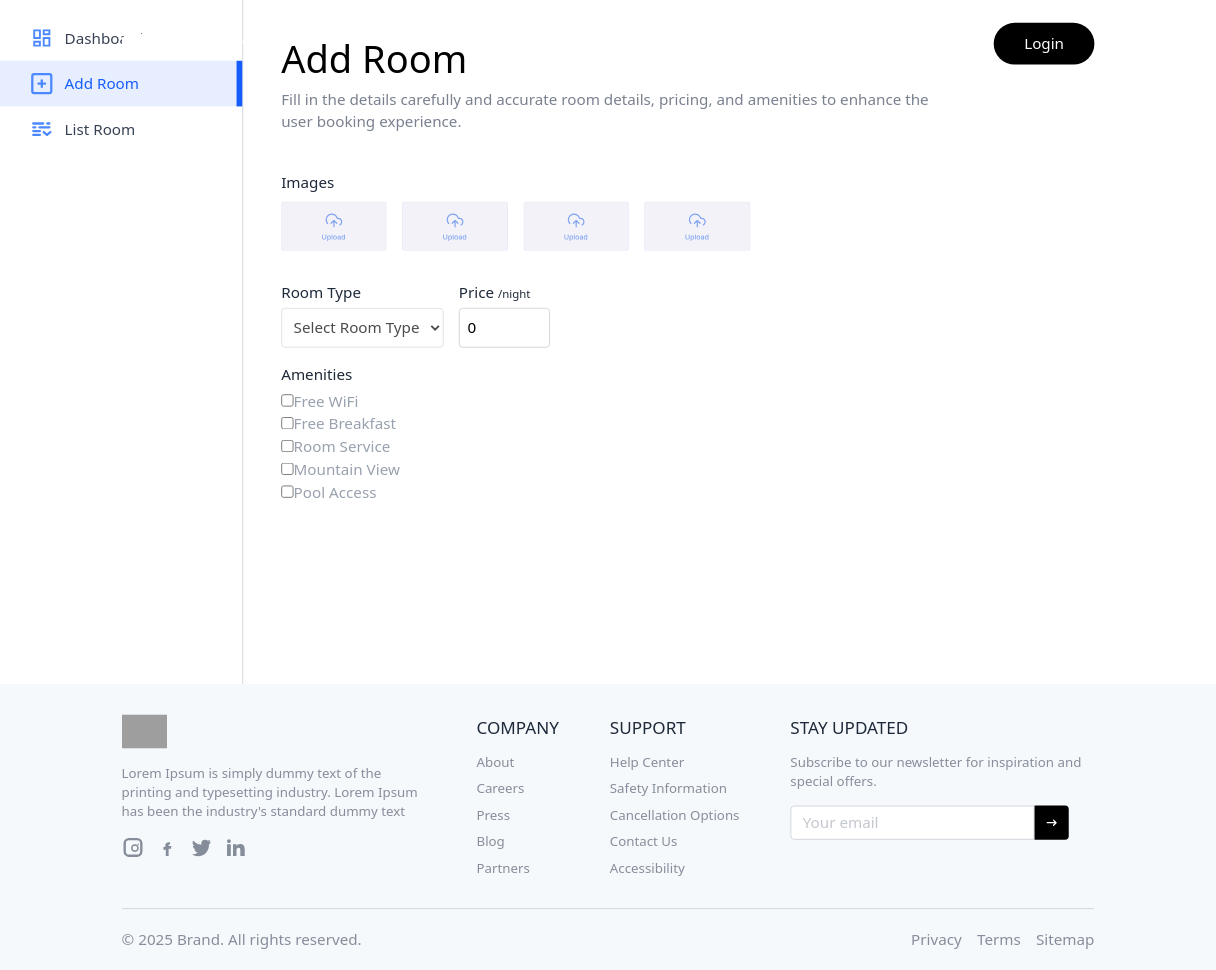
Repository: Ponn-Star/My-App
Page: /owner/add-room (app in FrontEnd/)
These files come from the project's save history. The page is drawn as it stood at one moment and after the next save; the edit follows.
The browser window is 1280 px wide. The pictures show the whole page, at 95% of full size.
Pictures or frames that could not be fetched are drawn as grey boxes. The page's requests for data from a server got no answer. The project was rebuilt for these pictures with package versions that can differ from the ones it lists, and the page was loaded fresh each time. Some packages were replaced by stand-ins written for this rebuild. No one was signed in, and anything a server would have sent is missing. Also part of the build but not shown: FrontEnd/vite.config.js, FrontEnd/src/assets/assets.js, FrontEnd/src/components/Hero.jsx, FrontEnd/src/components/HotelCard.jsx, FrontEnd/src/components/FeaturedDestination.jsx, FrontEnd/src/components/ExclusiveOffers.jsx, FrontEnd/src/data/Test.ts, FrontEnd/src/components/StarRating.jsx and 7 more.

Above is the page before, as saved 2025-05-12 23:54:09.

### FrontEnd/index.html
<!doctype html>
<html lang="en">
  <head>
    <meta charset="UTF-8" />
    <link rel="icon" type="image/svg+xml" href="/favicon.svg" />
    <meta name="viewport" content="width=device-width, initial-scale=1.0" />
    <title>Booking</title>
  </head>
  <body>
    <div id="root"></div>
    <script type="module" src="/src/main.jsx"></script>
  </body>
</html>

### FrontEnd/src/main.jsx
import { StrictMode } from 'react'
import { createRoot } from 'react-dom/client'
import './index.css'
import App from './App.jsx'
import { BrowserRouter } from 'react-router-dom'
import { ClerkProvider } from '@clerk/clerk-react'

const PUBLISHABLE_KEY = import.meta.env.VITE_CLERK_PUBLISHABLE_KEY

if (!PUBLISHABLE_KEY) {
  throw new Error('Add your Clerk Publishable Key to the .env file')
}

createRoot(document.getElementById('root')).render(
  <ClerkProvider publishableKey={PUBLISHABLE_KEY} afterSignOutUrl="/">
    <BrowserRouter>
      <App />
    </BrowserRouter>
    </ClerkProvider>,
)

### FrontEnd/src/App.jsx
import React from 'react'
import Navbar from './components/Navbar'
import { Route, Routes, useLocation } from 'react-router-dom'
import Home from './pages/Home'
import AllRooms from './pages/AllRooms';
import RoomDetails from './pages/RoomDetails';
import Footer from './components/Footer';
import MyBookings from './pages/MyBookings';
import Layout from './pages/Owner/Layout';
import Dashboard from './pages/Owner/Dashboard';
import ListRoom from './pages/Owner/ListRoom';
import AddRoom from './pages/Owner/AddRoom';

function App() {

  const isOwnerPath = useLocation().pathname.includes("owner");
  return (
    <div>
      {!isOwnerPath && <Navbar />}
      <div className='min-h-[70vh]'>
        <Routes>
          <Route path='/' element={<Home />} />
          <Route path='/rooms' element={<AllRooms />} />
          <Route path='/rooms/:id' element={<RoomDetails />} />
          <Route path='/my-bookings' element={<MyBookings />} />
          <Route path='/owner' element={<Layout />} >
            <Route index element={<Dashboard />} />
            <Route path='add-room' element={<AddRoom />} />
            <Route path='list-room' element={<ListRoom />} />
           </Route>
        </Routes>
      </div>
      <Footer />
    </div>
  )
}

export default App

### FrontEnd/src/components/Navbar.jsx
import React from 'react';
import { Link, useLocation, useNavigate} from 'react-router-dom';
import { assets } from '../assets/assets';
import { useClerk, useUser, UserButton } from '@clerk/clerk-react';

const BookIcon = () => (
    <svg className='w-4 h-4 text-gray-700' aria-hidden="true" xmlns="http://www.w3.org/2000/svg" width="24" height="24" fill="none" viewBox="0 0 24 24">
        <path stroke="currentColor" strokeLinecap="round" strokeLinejoin="round" strokeWidth="2" d="M5 19V4a1 1 0 0 1 1-1h12a1 1 0 0 1 1 1v13H7a2 2 0 0 0-2 2Zm0 0a2 2 0 0 0 2 2h12M9 3v13m7 0v4" />
    </svg>
)

const Navbar = () => {
    const navLinks = [
        { name: 'Home', path: '/' },
        { name: 'Hotels', path: '/rooms' },
        { name: 'Experience', path: '/' },
        { name: 'About', path: '/' },
    ];

    const [isScrolled, setIsScrolled] = React.useState(false);
    const [isMenuOpen, setIsMenuOpen] = React.useState(false);

    const {openSignIn} = useClerk()
    const {user} = useUser()
    const navigate = useNavigate()
    const location = useLocation()

    React.useEffect(() => {
        const handleScroll = () => {
            setIsScrolled(window.scrollY > 10);
        };
        window.addEventListener("scroll", handleScroll);
        return () => window.removeEventListener("scroll", handleScroll);
    }, []);

    return (
            <nav className={`fixed top-0 left-0 w-full flex items-center justify-between px-4 md:px-16 lg:px-24 xl:px-32 transition-all duration-500 z-50 ${isScrolled ? "bg-white/80 shadow-md text-gray-700 backdrop-blur-lg py-3 md:py-4" : "py-4 md:py-6"}`}>

                {/* Logo */}
                <Link to='/'>
                    <img src={assets.logo} alt="logo" className={`h-9 ${isScrolled && "invert opacity-80"}`} />
                </Link>

                {/* Desktop Nav */}
                <div className="hidden md:flex items-center gap-4 lg:gap-8">
                    {navLinks.map((link, i) => (
                        <a key={i} href={link.path} className={`group flex flex-col gap-0.5 ${isScrolled ? "text-gray-700" : "text-white"}`}>
                            {link.name}
                            <div className={`${isScrolled ? "bg-gray-700" : "bg-white"} h-0.5 w-0 group-hover:w-full transition-all duration-300`} />
                        </a>
                    ))}
                    <button className={`border px-4 py-1 text-sm font-light rounded-full cursor-pointer ${isScrolled ? 'text-black' : 'text-white'} transition-all`}>
                        Dashboard
                    </button>
                </div>

                {/* Desktop Right */}
                <div className="hidden md:flex items-center gap-4">
                    <img src={assets.searchIcon} alt='search' className={`${isScrolled && "invert"} h-7 transition duration-500`} />

                    {user ?
                    (<UserButton>
                        <UserButton.MenuItems>
                            <UserButton.Action label='My Bookings' labelIcon={<BookIcon/>} onClick={() => navigate('/my-bookings')} />
                        </UserButton.MenuItems>
                    </UserButton>)
                    :
                    (<button onClick={openSignIn} className="bg-black text-white px-8 py-2.5 rounded-full ml-4 transition-all duration-500">
                        Login
                        </button>)
                    }
                </div>

                {/* Mobile Menu Button */}
                <div className="flex items-center gap-3 md:hidden">
                    <img onClick={()=> setIsMenuOpen(!isMenuOpen)} src={assets.menuIcon} alt='' className={`${isScrolled && "invert"} h-4`} />
                </div>

                {/* Mobile Menu */}
                <div className={`fixed top-0 left-0 w-full h-screen bg-white text-base flex flex-col md:hidden items-center justify-center gap-6 font-medium text-gray-800 transition-all duration-500 ${isMenuOpen ? "translate-x-0" : "-translate-x-full"}`}>
                    <button className="absolute top-4 right-4" onClick={() => setIsMenuOpen(false)}>
                        <img src={assets.closeIcon} alt='close' className="h-6.5" />
                    </button>

                    {navLinks.map((link, i) => (
                        <a key={i} href={link.path} onClick={() => setIsMenuOpen(false)}>
                            {link.name}
                        </a>
                    ))}

                    <button className="border px-4 py-1 text-sm font-light rounded-full cursor-pointer transition-all">
                        Dashboard
                    </button>

                    <button onClick={openSignIn} className="bg-black text-white px-8 py-2.5 rounded-full transition-all duration-500">
                        Login
                    </button>
                </div>
            </nav>
    );
}

export default Navbar

### FrontEnd/src/components/Footer.jsx
import React from 'react'

const Footer = () => {
    return (
        <div className='bg-[#F6F9FC] text-gray-500/80 pt-8 px-6 md:px-16 lg:px-24 xl:px-32'>
            <div className='flex flex-wrap justify-between gap-12 md:gap-6'>
                <div className='max-w-80'>
                    <img src="https://raw.githubusercontent.com/prebuiltui/prebuiltui/main/assets/dummyLogo/dummyLogoColored.svg" alt="logo" className='mb-4 h-8 md:h-9' />
                    <p className='text-sm'>
                        Lorem Ipsum is simply dummy text of the printing and typesetting industry. Lorem Ipsum has been the industry's standard dummy text
                    </p>
                    <div className='flex items-center gap-3 mt-4'>
                        {/* Instagram */}
                        <svg className="w-6 h-6" fill="currentColor" viewBox="0 0 24 24">
                            <path d="M7.75 2A5.75 5.75 0 002 7.75v8.5A5.75 5.75 0 007.75 22h8.5A5.75 5.75 0 0022 16.25v-8.5A5.75 5.75 0 0016.25 2h-8.5zM4.5 7.75A3.25 3.25 0 017.75 4.5h8.5a3.25 3.25 0 013.25 3.25v8.5a3.25 3.25 0 01-3.25 3.25h-8.5a3.25 3.25 0 01-3.25-3.25v-8.5zm9.5 1a4 4 0 11-4 4 4 4 0 014-4zm0 1.5a2.5 2.5 0 102.5 2.5 2.5 2.5 0 00-2.5-2.5zm3.5-.75a.75.75 0 11.75-.75.75.75 0 01-.75.75z" />
                        </svg>
                        {/* Facebook */}
                        <svg className="w-6 h-6" fill="currentColor" viewBox="0 0 24 24">
                            <path d="M13.5 9H15V6.5h-1.5c-1.933 0-3.5 1.567-3.5 3.5v1.5H8v3h2.5V21h3v-7.5H16l.5-3h-3z" />
                        </svg>
                        {/* Twitter */}
                        <svg className="w-6 h-6" fill="currentColor" viewBox="0 0 24 24">
                            <path d="M22 5.92a8.2 8.2 0 01-2.36.65A4.1 4.1 0 0021.4 4a8.27 8.27 0 01-2.6 1A4.14 4.14 0 0016 4a4.15 4.15 0 00-4.15 4.15c0 .32.04.64.1.94a11.75 11.75 0 01-8.52-4.32 4.14 4.14 0 001.29 5.54A4.1 4.1 0 013 10v.05a4.15 4.15 0 003.33 4.07 4.12 4.12 0 01-1.87.07 4.16 4.16 0 003.88 2.89A8.33 8.33 0 012 19.56a11.72 11.72 0 006.29 1.84c7.55 0 11.68-6.25 11.68-11.67 0-.18 0-.35-.01-.53A8.18 8.18 0 0022 5.92z" />
                        </svg>
                        {/* LinkedIn */}
                        <svg className="w-6 h-6" fill="currentColor" viewBox="0 0 24 24">
                            <path d="M4.98 3.5C3.88 3.5 3 4.38 3 5.48c0 1.1.88 1.98 1.98 1.98h.02c1.1 0 1.98-.88 1.98-1.98C6.98 4.38 6.1 3.5 4.98 3.5zM3 8.75h3.96V21H3V8.75zm6.25 0h3.8v1.68h.05c.53-.98 1.82-2.02 3.75-2.02 4.01 0 4.75 2.64 4.75 6.07V21H17v-5.63c0-1.34-.03-3.07-1.88-3.07-1.88 0-2.17 1.47-2.17 2.98V21H9.25V8.75z" />
                        </svg>
                    </div>
                </div>

                <div>
                    <p className='text-lg text-gray-800'>COMPANY</p>
                    <ul className='mt-3 flex flex-col gap-2 text-sm'>
                        <li><a href="#">About</a></li>
                        <li><a href="#">Careers</a></li>
                        <li><a href="#">Press</a></li>
                        <li><a href="#">Blog</a></li>
                        <li><a href="#">Partners</a></li>
                    </ul>
                </div>

                <div>
                    <p className='text-lg text-gray-800'>SUPPORT</p>
                    <ul className='mt-3 flex flex-col gap-2 text-sm'>
                        <li><a href="#">Help Center</a></li>
                        <li><a href="#">Safety Information</a></li>
                        <li><a href="#">Cancellation Options</a></li>
                        <li><a href="#">Contact Us</a></li>
                        <li><a href="#">Accessibility</a></li>
                    </ul>
                </div>

                <div className='max-w-80'>
                    <p className='text-lg text-gray-800'>STAY UPDATED</p>
                    <p className='mt-3 text-sm'>
                        Subscribe to our newsletter for inspiration and special offers.
                    </p>
                    <div className='flex items-center mt-4'>
                        <input type="text" className='bg-white rounded-l border border-gray-300 h-9 px-3 outline-none' placeholder='Your email' />
                        <button className='flex items-center justify-center bg-black h-9 w-9 aspect-square rounded-r'>
                            {/* Arrow icon */}
                            <svg className="w-4 h-4 text-white" aria-hidden="true" xmlns="http://www.w3.org/2000/svg" width="24" height="24" fill="none" viewBox="0 0 24 24"><path stroke="currentColor" strokeLinecap="round" strokeLinejoin="round" strokeWidth="2" d="M19 12H5m14 0-4 4m4-4-4-4" /></svg>
                        </button>
                    </div>
                </div>
            </div>
            <hr className='border-gray-300 mt-8' />
            <div className='flex flex-col md:flex-row gap-2 items-center justify-between py-5'>
                <p>© {new Date().getFullYear()} Brand. All rights reserved.</p>
                <ul className='flex items-center gap-4'>
                    <li><a href="#">Privacy</a></li>
                    <li><a href="#">Terms</a></li>
                    <li><a href="#">Sitemap</a></li>
                </ul>
            </div>
        </div>
    );
};

export default Footer;

### FrontEnd/src/pages/Owner/Layout.jsx
import React from 'react'
import Navbar from '../../components/Navbar'
import Sidebar from '../../components/Owner/Sidebar'
import { Outlet } from 'react-router-dom'

const Layout = () => {
  return (
    <div className='flex flex-col h-screen'>
      <Navbar />
      <div className='flex h-full'>
        <Sidebar />
        <div className='flex-1 p-4 pt-10 md:px-10 h-full'>
            <Outlet />
        </div>
      </div>
    </div>
  )
}

export default Layout

### FrontEnd/src/pages/Owner/AddRoom.jsx
import React from 'react'
import { useState } from 'react'
import { assets } from '../../assets/assets'
import Title from '../../components/Title'
const AddRoom = () => {

    const [images, setImages] = useState({
    1: null,
    2: null,
    3: null,
    4: null,
  });

  const [inputs, setInputs] = useState({
    roomType: '',
    pricePerNight: 0,
    amenities: {
      'Free WiFi': false,
      'Free Breakfast': false,
      'Room Service': false,
      'Mountain View': false,
      'Pool Access': false,
    },
  });

  return (
    <form>
      <Title align='left' font='outfit' title='Add Room' subTitle='Fill in the details carefully and accurate room details, pricing, and amenities to enhance the user booking experience.' />
      {/* Upload Area For Images */}
      <p className='text-gray-800 mt-10'>Images</p>
      <div className='grid grid-cols-2 sm:flex gap-4 my-2 flex-wrap'>
        {Object.keys(images).map((key) => (
          <label htmlFor={`roomImages${key}`} key={key}>
            <img className='max-h-13 cursor-pointer opacity-80' src={images[key] ? URL.createObjectURL(images[key]) : assets.uploadArea} alt="" />
            <input type="file" accept="image/*" id={`roomImages${key}`} hidden onChange={e => setImages({ ...images, [key]: e.target.files[0] })} />
          </label>
        ))}
      </div>
      <div className='w-full flex max-sm:flex-col sm:gap-4 mt-4'>
        <div className='flex-l max-w-48'>
          <p className='text-gray-800 mt-4'>Room Type</p>
          <select value={inputs.roomType} onChange={e => setInputs({ ...inputs, roomType: e.target.value })} className='border opacity-70 border-gray-300 mt-1 rounded p-2 w-full'>
            <option value="">Select Room Type</option>
            <option value="Single Bed">Single Bed</option>
            <option value="Double Bed">Double Bed</option>
            <option value="Luxury Room">Luxury Room</option>
            <option value="Family Suite">Family Suite</option>
          </select>
        </div>
        <div>
          <p className='mt-4 text-gray-800'>
          Price <span className='text-xs'>/night</span></p>
          <input
            type="number"
            placeholder="0"
            className="border border-gray-300 mt-1 rounded p-2 w-24"
            value={inputs.pricePerNight}
            onChange={e => setInputs({ ...inputs, pricePerNight: e.target.value })}
          />
          </div>
        </div>
        <p className='text-gray-800 mt-4'>Amenities</p>
        <div className='flex flex-col flex-wrap mt-1 text-gray-400 max-w-sm'>
          {Object.keys(inputs.amenities).map((amenity, index) => (
            <div key={index}>
              <input
                type="checkbox"
                id={`amenities${index + 1}`}
                checked={inputs.amenities[amenity]}
                onChange={() => setInputs({
                  ...inputs,
                  amenities: { ...inputs.amenities, [amenity]: !inputs.amenities[amenity] }
                })}
              />
              <label htmlFor={`amenities${index + 1}`}>{amenity}</label>
            </div>
          ))}
        </div>
        <button className='bg-primary text-white px-8 py-2 rounded mt-8 cursor-pointer'>
          Add Room
        </button>
    </form>
  )
}

export default AddRoom

### FrontEnd/src/components/Title.jsx
import React from 'react'

const Title = ({title, subTitle, align, font}) => {
    return (
        <div className={`flex flex-col justify-center items-center text-center ${align === "left" && "md:items-start md:text-left"}`}>
          <h1 className={`text-4xl md:text-[40px] ${font || "font-playfair"}`}>{title}</h1>
          <p className="text-sm md:text-base text-gray-500/90 mt-2 max-w-174">{subTitle}</p>
        </div>
  )
}

export default Title

### FrontEnd/src/components/Owner/Sidebar.jsx
import React from 'react'
import { Link, NavLink } from 'react-router-dom'
import { assets } from '../../assets/assets'

const Sidebar = () => {
  const sidebarLinks = [
    { name: "Dashboard", path: "/owner", icon: assets.dashboardIcon },
    { name: "Add Room", path: "/owner/add-room", icon: assets.addIcon },
    { name: "List Room", path: "/owner/list-room", icon: assets.listIcon },
  ];

  return (
    <div className='md:w-64 w-16 border-r h-full text-base border-gray-300 pt-4 flex flex-col transition-all duration-300'>
      {sidebarLinks.map((item, index) => (
        <NavLink to={item.path} key={index} end='/owner' className={({ isActive }) => `flex items-center py-3 px-4 gap-3 md:px-8 ${isActive ? 'border-r-4 md:border-r-[6px] bg-blue-600/10 border-blue-600 text-blue-600' : 'hover:bg-gray-100/90 border-white text-gray-700'}`}>
            <img src={item.icon} alt={item.name} className='min-h-6 min-w-6' />
            <p className='md:block hidden text-center'>{item.name}</p>
        </NavLink>
      ))}
    </div>
  );
}

export default Sidebar

### FrontEnd/src/components/Owner/Navbar.jsx
import React from 'react'
import { Link } from 'react-router-dom'
import { assets} from '../../assets/assets'
import { UserButton } from '@clerk/clerk-react'

const Navbar = () => {
  return (
    <div className='flex items-center justify-between px-4 md:px-8 border-b border-gray-300 py-3 bg-white transition-all duration-300'>
      <Link to='/'>
        <img src={assets.logo} alt="logo" className='h-9 invert opacity-80'/>
      </Link>
      <UserButton />
    </div>
  );
}


export default Navbar

Loaded but not shown: FrontEnd/src/index.css (common file)

After the next save:
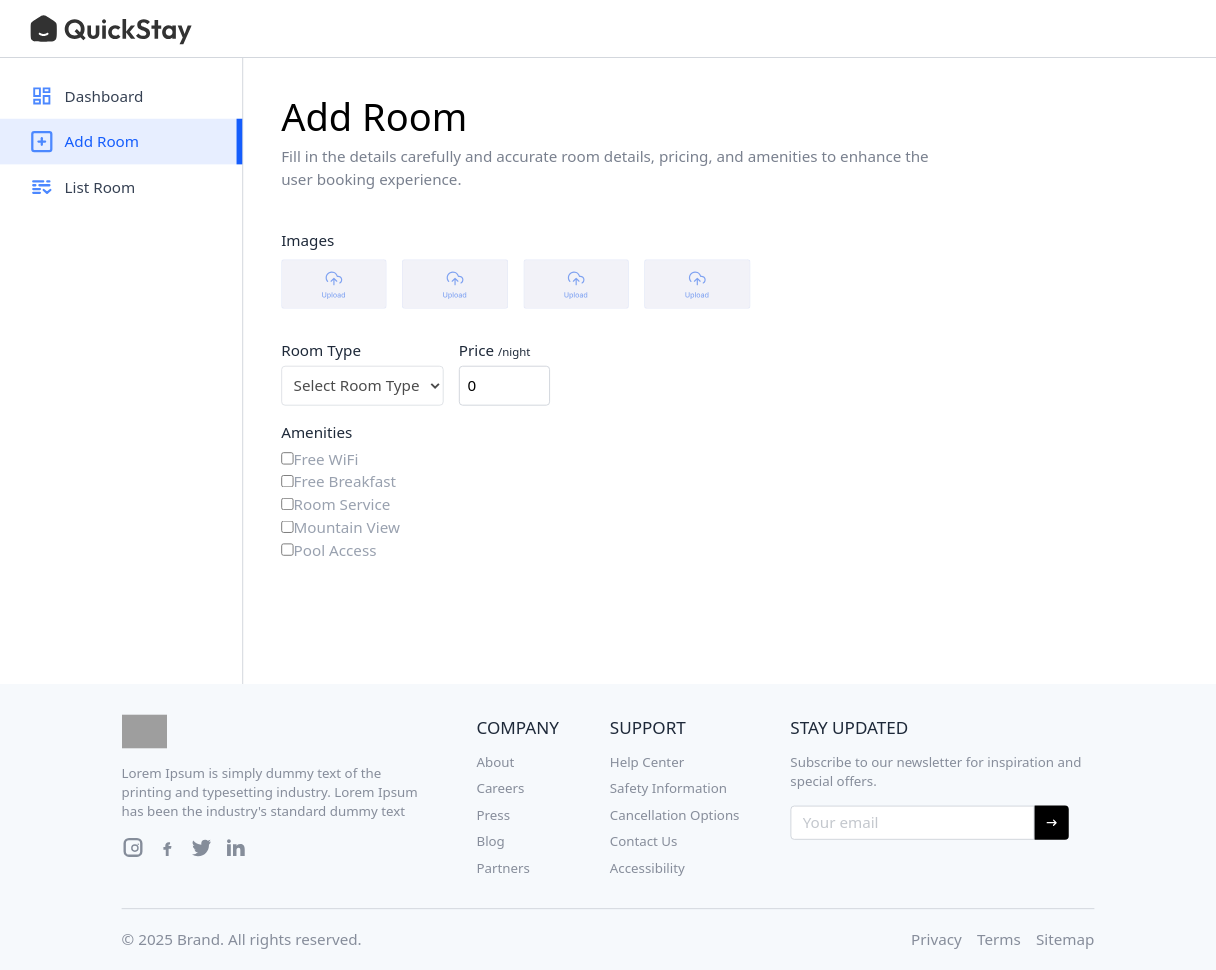
Saved 1 s later.
--- a/FrontEnd/src/pages/Owner/Layout.jsx
+++ b/FrontEnd/src/pages/Owner/Layout.jsx
@@ -1,7 +1,7 @@
 import React from 'react'
-import Navbar from '../../components/Navbar'
 import Sidebar from '../../components/Owner/Sidebar'
 import { Outlet } from 'react-router-dom'
+import Navbar from '../../components/Owner/Navbar'
 
 const Layout = () => {
   return (
